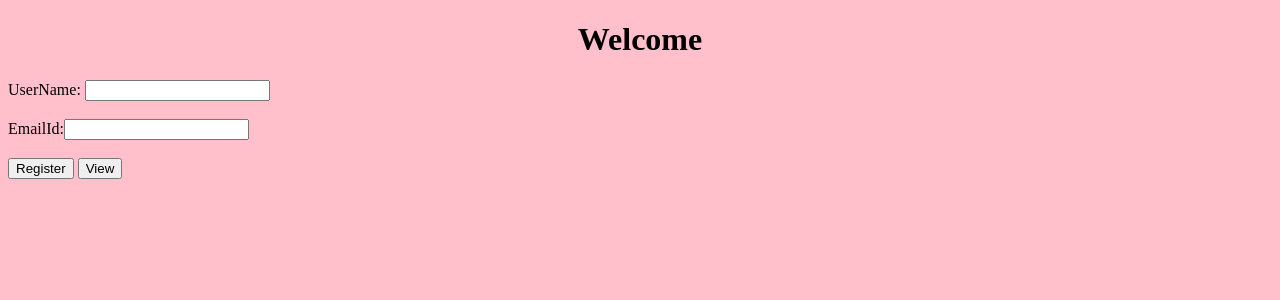
Repository: madhu124/Youtube-demo
Page: CustomerRegistration/WebContent/Index.html
An editor plug-in stored every save of this project. The page is shown before and after the next save, followed by the edit.
The browser window is 1280 px wide. The pictures show the whole page.

Above is the page before, as saved 2017-06-01 16:15:16.

After the next save:
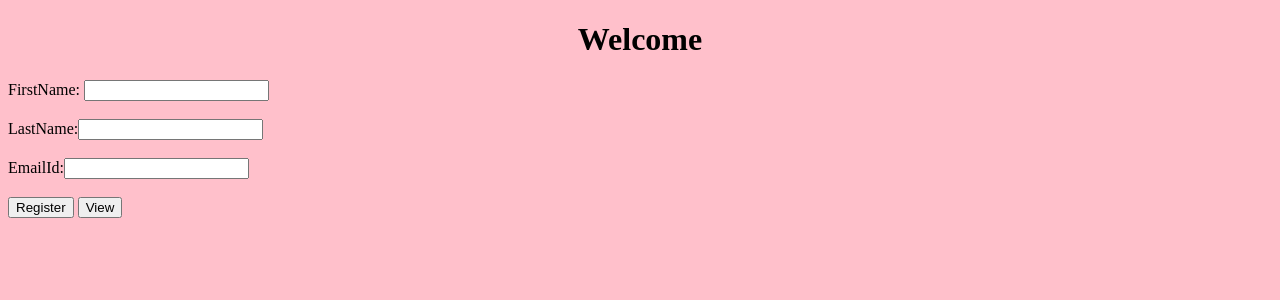
Saved 6 min 5 s later.
--- a/CustomerRegistration/WebContent/Index.html
+++ b/CustomerRegistration/WebContent/Index.html
@@ -18,7 +18,8 @@ h1 {
 		<h1>Welcome</h1>
 	</center>
 	<form action="Customer1" method="post">
-		UserName: <input type="text" name="uname"> <br></br>
+		FirstName: <input type="text" name="uname"> <br></br>
+		LastName:<input type="text" name="Lname"><br></br>
 		EmailId:<input type="email" name="email"> <br></br>
 		<input type="submit" value="Register">
 		<input type="submit" value="View">
